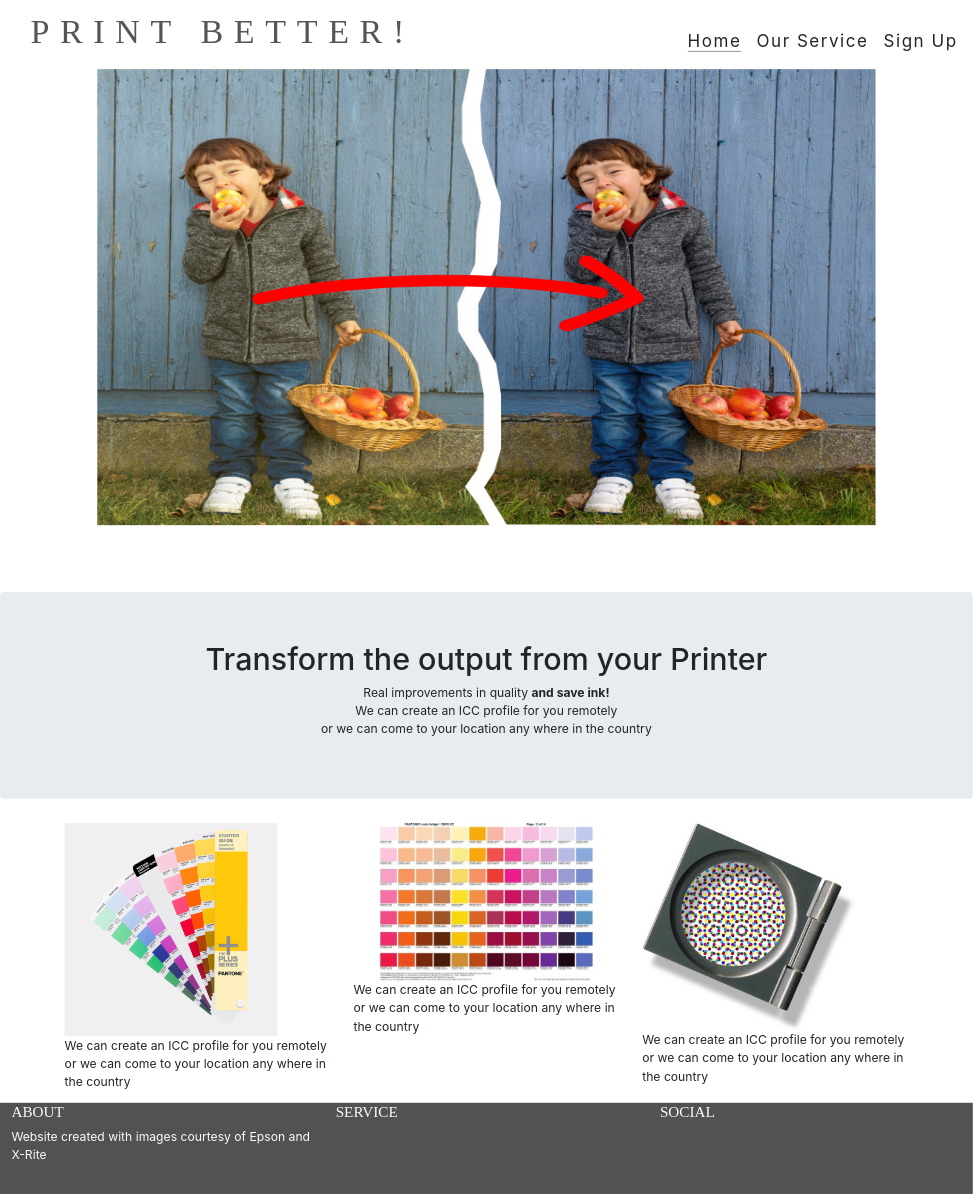
Repository: marks530/first_milestone
Page: index.html
These files come from the project's save history. The page is drawn as it stood at one moment and after the next save; the edit follows.
The browser window is 1280 px wide. The pictures show the whole page, at 76% of full size.
Some web libraries are served in a nearby version.

Above is the page before, as saved 2021-03-14 13:45:39.

### index.html
<!DOCTYPE html>
<html lang="en">

<head>
    <meta charset="UTF-8">
    <meta http-equiv="X-UA-Compatible" content="IE=edge">
    <meta name="viewport" content="width=device-width, initial-scale=1.0">
    <link href="css/style.css" rel="stylesheet" type="text/css" />
    <link rel="stylesheet" href="https://maxcdn.bootstrapcdn.com/bootstrap/4.2.1/css/bootstrap.min.css" type="text/css" />
    <link rel="stylesheet" href="https://maxcdn.bootstrapcdn.com/font-awesome/4.7.0/css/font-awesome.min.css" type="text/css" />
    <link rel="stylesheet" href="https://cdnjs.cloudflare.com/ajax/libs/hover.css/2.1.1/css/hover-min.css" type="text/css" />
    <title>Print Better</title>
</head>

<body>
    <header>
        <a href="index.html">
            <h2 id="logo">Print Better!</h2>
        </a>
        <nav>
            <ul id="menu">
                <li>
                    <a href="#">Sign Up</a>
                </li>
                <li>
                    <a href="service.html">Our Service</a>
                </li>

                <li>
                    <a class="active" href="index.html">Home</a>
                </li>

            </ul>
        </nav>
    </header>

    <section>

        <div>
            <ul id="loupe">
                <li>
                    <img src="images/before-after-profile.jpg" class="center">
                </li>
                <li>

                </li>
                <li>

                </li>
                <li>

                </li>
            </ul>
        </div>
        <div class="jumbotron text-center">
            <h1>Transform the output from your Printer</h1>
            <p>Real improvements in quality <strong>and save ink!</strong><br>We can create an ICC profile for you remotely <br>or we can come to your location any where in the country
            </p>
        </div>
        <div class="container">
            <div class="row">
                <div class="col-sm-4">

                    <img src="images/GG1511-pantone-graphics-starter-guide-pms-spot-color-selections-product-1.jpg" id="reduce">
                    <p>We can create an ICC profile for you remotely or we can come to your location any where in the country</p>

                </div>
                <div class="col-sm-4">

                    <img src="images/175ef3e6fb426de1555684fc70da2bc0.jpg" class="center" id="reduce">
                    <p>We can create an ICC profile for you remotely or we can come to your location any where in the country</p>

                </div>
                <div class="col-sm-4">

                    <img src="images/Loupe.png" id="reduce">
                    <p>We can create an ICC profile for you remotely or we can come to your location any where in the country</p>

                </div>
            </div>
        </div>

    </section>
    <footer class="container-fluid">
        <div class="row">
            <div class="col-sm-4">
                <h5 class="uppercase general-sub">About</h5>
                <p class="inline-block">
                    Website created with images courtesy of Epson and X-Rite

                </p>
            </div>
            <div class="col-sm-4">
                <h5 class="uppercase general-sub">Service</h5>
            </div>
            <div class="col-sm-4">
                <h5 class="uppercase general-sub">Social</h5>
            </div>

        </div>


    </footer>
</body>

</html>

### css/style.css
* {
    padding: 0;
    margin: 0;
    border: 0;
}

body {
    font-family: Lato;
    color: #777777
}

h2 {
    font-family: Oswald;
    text-transform: uppercase;
    letter-spacing: 14px;
    color: #555555
}

#logo {
    float: left;
    font-size: 280%;
    margin-left: 40px;
}

#menu {
    font-size: 140%;
    list-style-type: none;
    letter-spacing: 2px;
}

#menu {
    line-height: 75px;
}

#menu li {
    float: right;
    margin-right: 20px;
}

#menu a {
    text-decoration: none;
    color: inherit;
}

#menu a:hover {
    border-bottom: 1px solid #777777;
}

.active {
    border-bottom: 1px solid #777777;
}

.center {
    display: block;
    margin-left: auto;
    margin-right: auto;
    width: 80%;
}

div img {
    width: 80%;
    height: 600px;
}

#reduce {
    height: auto;
}

#move-image-down {
    margin-top: 30px;
}

.jumbotron {
    padding-left: 20px;
    padding-right: 20px;
}


/*---------------Special paddings/margins/text */

h1,
h2,
h3,
h4 {
    margin: 0;
}


/*---------------Footer */

.uppercase {
    text-transform: uppercase;
}

.general-sub {
    font-family: "Exo", sans serif;
    font-weight: 300;
    color: #fafafa;
}

footer {
    background-color: #525252;
    color: #fafafa;
    min-height: 120px;
    margin: 0;
}

.inline-block {
    display: inline-block;
}

After the next save:
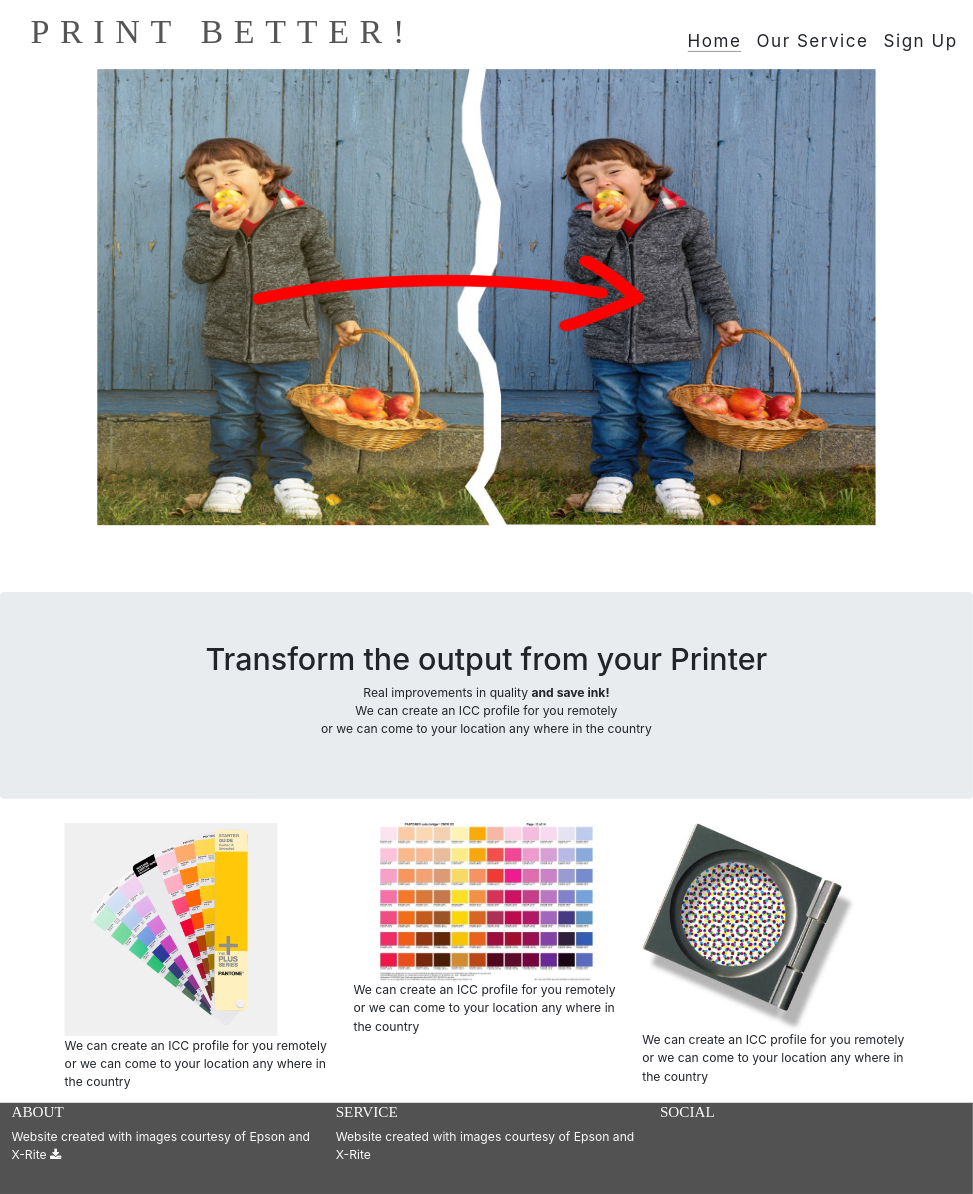
Saved 4 min 2 s later.
--- a/index.html
+++ b/index.html
@@ -87,11 +87,15 @@
                 <h5 class="uppercase general-sub">About</h5>
                 <p class="inline-block">
                     Website created with images courtesy of Epson and X-Rite
-
+                    <i class="fa fa-download" aria-hidden="true"></i>
                 </p>
             </div>
             <div class="col-sm-4">
                 <h5 class="uppercase general-sub">Service</h5>
+                <p class="inline-block">
+                    Website created with images courtesy of Epson and X-Rite
+
+                </p>
             </div>
             <div class="col-sm-4">
                 <h5 class="uppercase general-sub">Social</h5>
